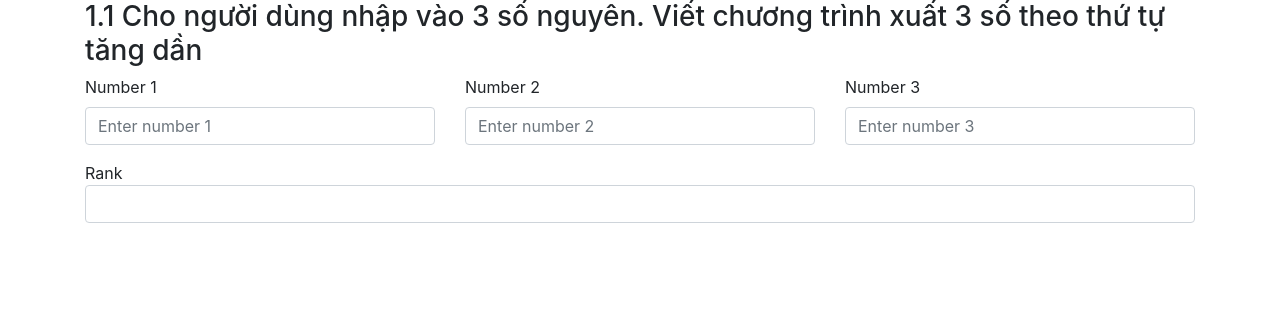
Repository: baobaodeveloper/bootscamp21__jsbasic__HuynhAnhBao
Page: index.html
The author's editor kept a copy of each file at every save. The page is drawn from the files as they stood at one save, then again after the next save.
The browser window is 1280 px wide. The pictures show the whole page.

Above is the page before, as saved 2022-03-09 23:05:52.

### index.html
<!DOCTYPE html>
<html lang="en">
  <head>
    <title>javaScript basic</title>
    <!-- Required meta tags -->
    <meta charset="utf-8" />
    <meta
      name="viewport"
      content="width=device-width, initial-scale=1, shrink-to-fit=no"
    />

    <!-- Bootstrap CSS -->
    <link
      rel="stylesheet"
      href="https://stackpath.bootstrapcdn.com/bootstrap/4.3.1/css/bootstrap.min.css"
      integrity="sha384-ggOyR0iXCbMQv3Xipma34MD+dH/1fQ784/j6cY/iJTQUOhcWr7x9JvoRxT2MZw1T"
      crossorigin="anonymous"
    />
  </head>
  <body>
    <div class="container">
      <h3>
        1.1 Cho người dùng nhập vào 3 số nguyên. Viết chương trình xuất 3 số
        theo thứ tự tăng dần
      </h3>

      <div class="row">
        <div class="col">
          <label class="form-label">Number 1</label>
          <input
            type="number"
            class="form-control"
            placeholder="Enter number 1"
          />
        </div>
        <div class="col">
          <label class="form-label">Number 2</label>
          <input
            type="number"
            class="form-control"
            placeholder="Enter number 2"
          />
        </div>
        <div class="col">
          <label class="form-label">Number 3</label>
          <input
            type="number"
            class="form-control"
            placeholder="Enter number 3"
          />
        </div>
      </div>

      <div class="mt-3">
        <labelclass="form-label"
          >Rank</labelclass=
        >
        <input
          type="text"
          class="form-control"

        />
      </div>
    </div>
    <!-- Optional JavaScript -->
    <!-- jQuery first, then Popper.js, then Bootstrap JS -->
    <script
      src="https://code.jquery.com/jquery-3.3.1.slim.min.js"
      integrity="sha384-q8i/X+965DzO0rT7abK41JStQIAqVgRVzpbzo5smXKp4YfRvH+8abtTE1Pi6jizo"
      crossorigin="anonymous"
    ></script>
    <script
      src="https://cdnjs.cloudflare.com/ajax/libs/popper.js/1.14.7/umd/popper.min.js"
      integrity="sha384-UO2eT0CpHqdSJQ6hJty5KVphtPhzWj9WO1clHTMGa3JDZwrnQq4sF86dIHNDz0W1"
      crossorigin="anonymous"
    ></script>
    <script
      src="https://stackpath.bootstrapcdn.com/bootstrap/4.3.1/js/bootstrap.min.js"
      integrity="sha384-JjSmVgyd0p3pXB1rRibZUAYoIIy6OrQ6VrjIEaFf/nJGzIxFDsf4x0xIM+B07jRM"
      crossorigin="anonymous"
    ></script>
  </body>
</html>

After the next save:
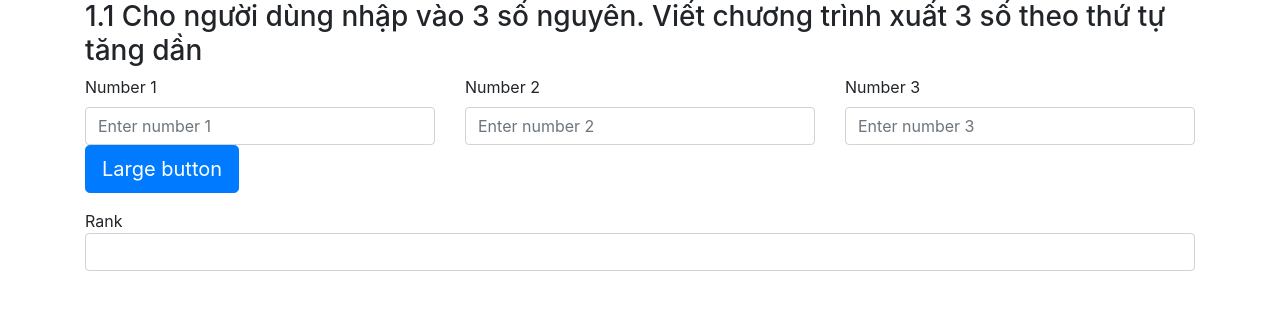
Saved 58 s later.
--- a/index.html
+++ b/index.html
@@ -51,6 +51,8 @@
         </div>
       </div>
 
+      <button type="button" class="btn btn-primary btn-lg">Large button</button>
+
       <div class="mt-3">
         <labelclass="form-label"
           >Rank</labelclass=
